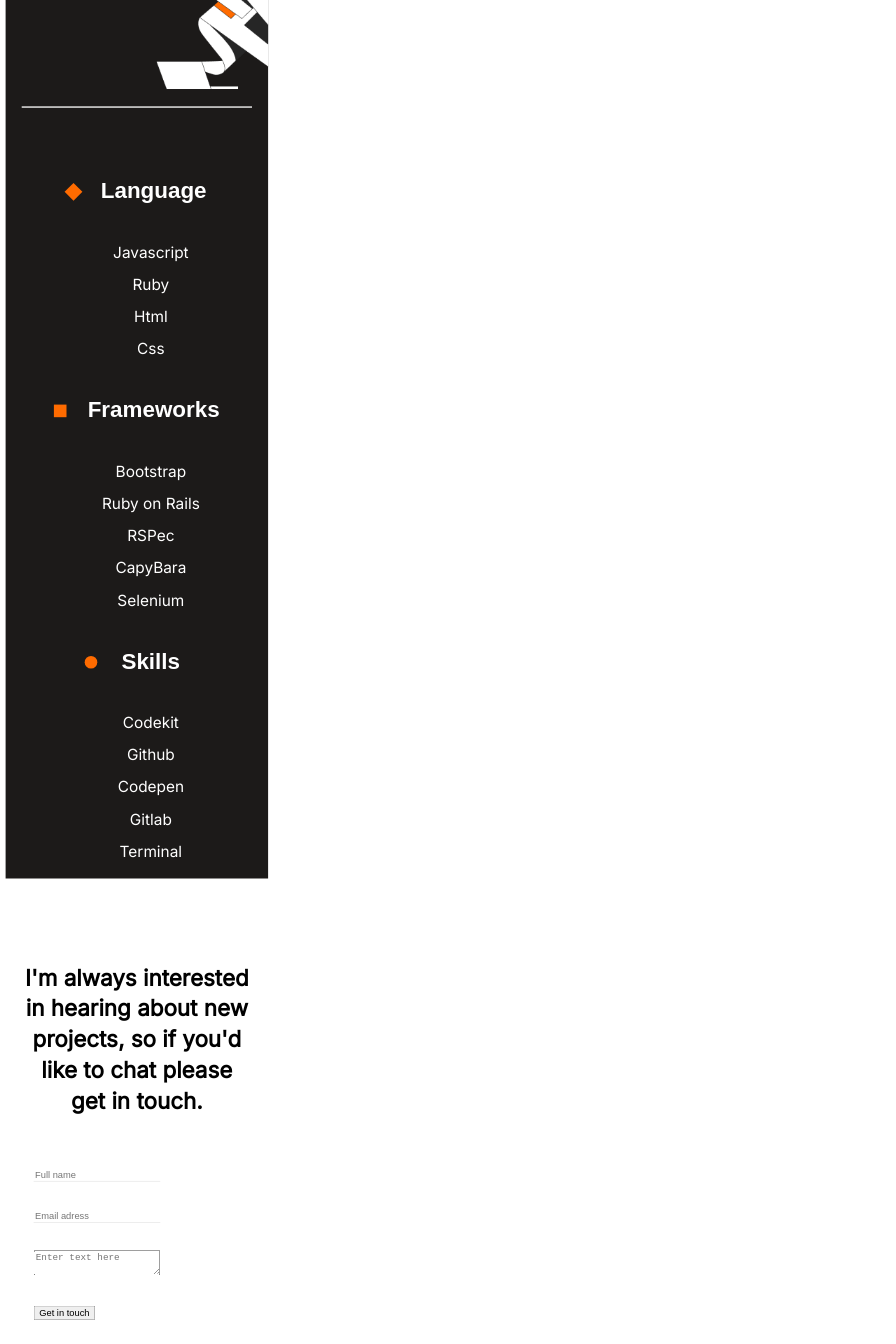
Repository: iBel251/portfolio
Page: index.html
The author's editor kept a copy of each file at every save. The page is drawn from the files as they stood at one save, then again after the next save.
The browser window is 1280 px wide. The pictures show the part of the page from y = 4580 to 6500 px (the page is 6637 px tall before and 6663 px after), at 70% of full size.
Some web fonts or font styles are not loaded; a fallback is used.

Above is the page before, as saved 2022-03-22 10:58:36.

After the next save:
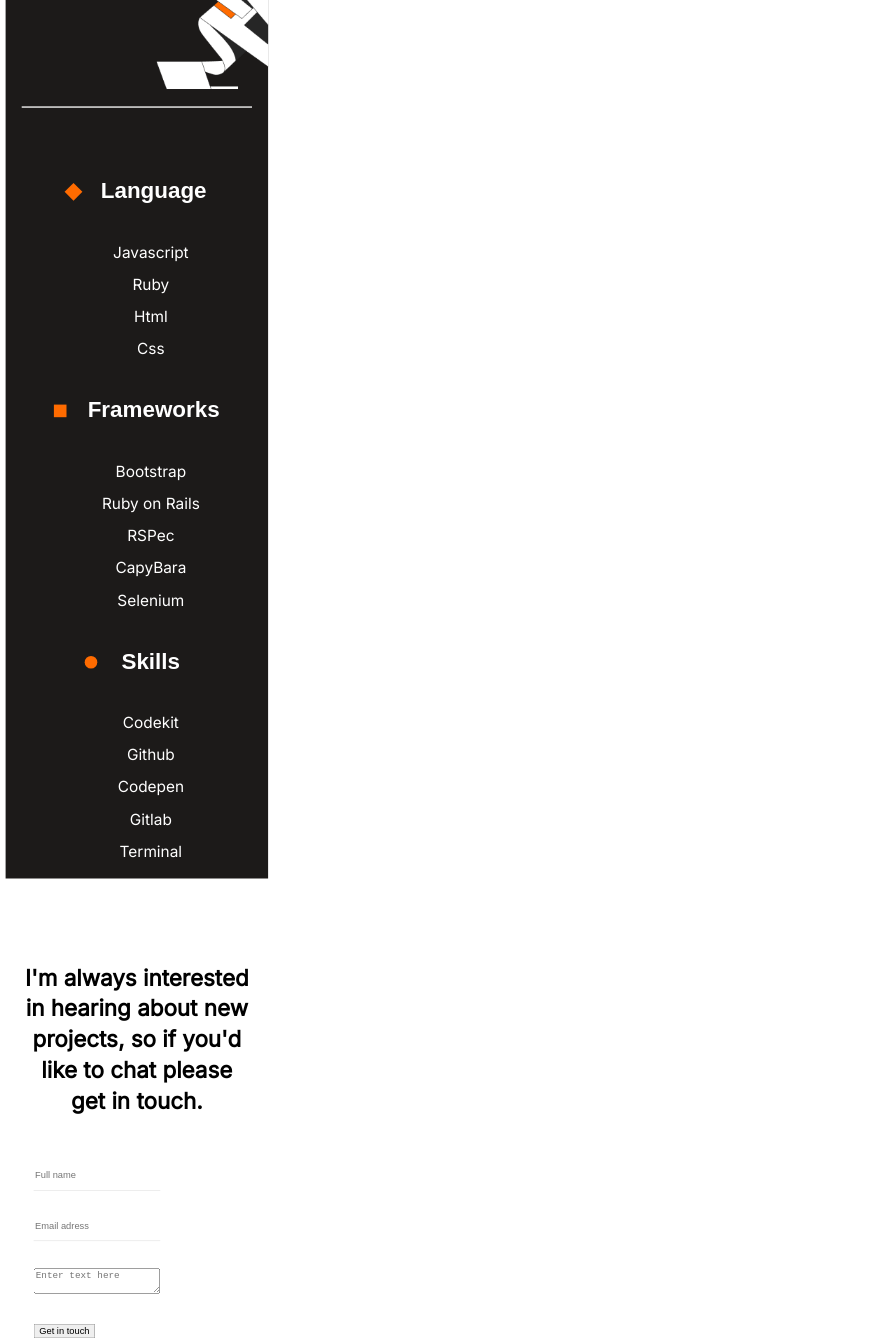
Saved 40 s later.
--- a/style.css
+++ b/style.css
@@ -427,5 +427,6 @@ margin: 120px 24px 15px 24px;
 
 .form input {
   border: none;
-  border-bottom: 1px solid #E5E5E5;;
-}
+  border-bottom: 1px solid #E5E5E5;
+  padding-bottom: 14px;
+}
